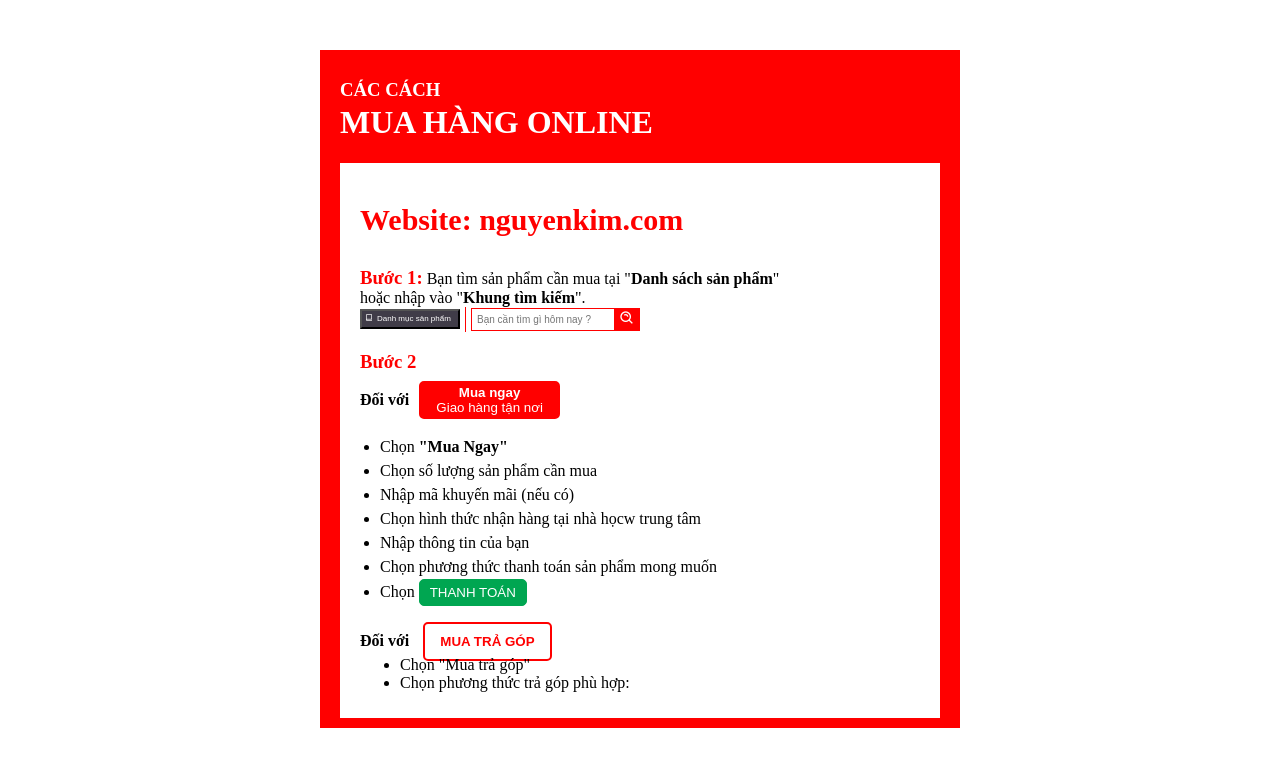
Repository: Tan-Khang21/TH_TKW--Buoi_01
Page: Buoi_01/BT_tren_lop/BT_06/main.html
An editor plug-in stored every save of this project. The page is shown before and after the next save, followed by the edit.
The browser window is 1280 px wide. The pictures show the whole page.

Above is the page before, as saved 2024-01-23 20:24:03.

After the next save:
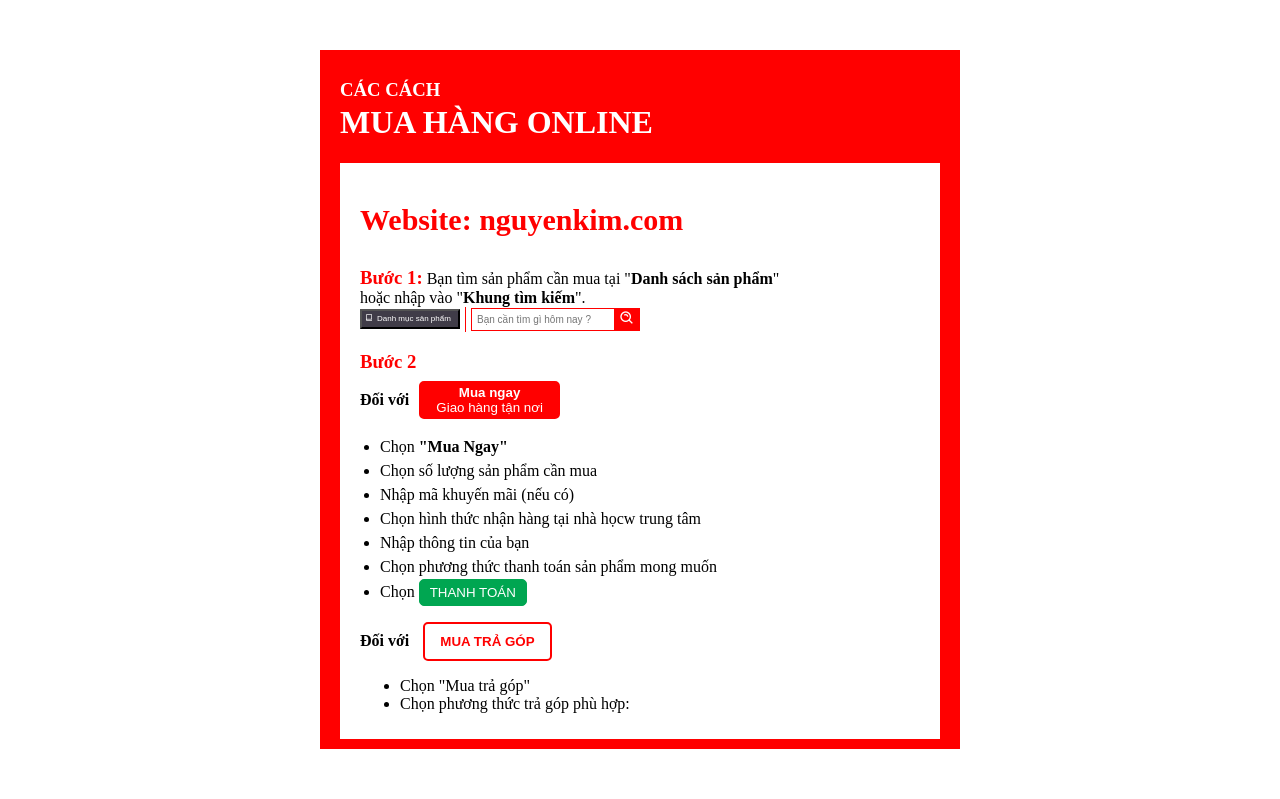
Saved 4 s later.
--- a/Buoi_01/BT_tren_lop/BT_06/main.html
+++ b/Buoi_01/BT_tren_lop/BT_06/main.html
@@ -74,7 +74,7 @@
         </ul>
         <b>Đối với</b>
         <button class="buy">MUA TRẢ GÓP</button>
-        <ul style="margin-top: -5px;">
+        <ul style="margin-top: px;">
           <li>Chọn "Mua trả góp"</li>
           <li>Chọn phương thức trả góp phù hợp:</li>
         </ul>
